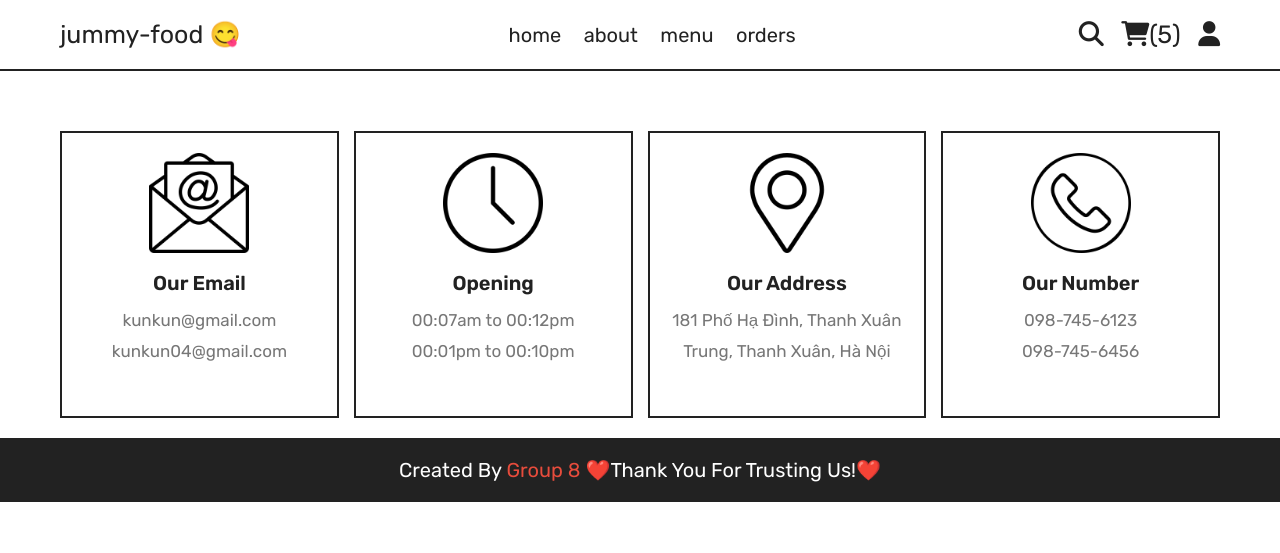
Repository: VuongLinhDinh/jummy_food
Page: home.html
These files come from the project's save history. The page is drawn as it stood at one moment and after the next save; the edit follows.
The browser window is 1280 px wide. The pictures show the whole page.
Some web libraries are served in a nearby version.

Above is the page before, as saved 2023-11-07 16:31:37.

### home.html
<!DOCTYPE html>
<html lang="en">
<head>
    <meta charset="UTF-8">
    <meta name="viewport" content="width=device-width, initial-scale=1.0">
    <title>Home</title>
    <!-- font awesome cdn link -->
    <link rel="stylesheet" href="https://cdnjs.cloudflare.com/ajax/libs/font-awesome/6.1.1/css/all.min.css">
    <!-- custom css -->
    <link rel="stylesheet" href="./css/style.css">
</head>
<body>
    <!-- header section starts  -->
    <header class="header">
        <section class="flex">
            <a href="home.html" class="logo">jummy-food 😋</a>
            <nav class="navbar">
                <a href="home.html">home</a>
                <a href="about.html">about</a>
                <a href="menu.html">menu</a>
                <a href="orders.html">orders</a>
            </nav>
            <div class="icons">
                <a href="search.html"><i class="fas fa-search"></i></a>
                <a href="cart.html"><i class="fas fa-shopping-cart"></i><span>(5)</span></a>
                <div id="user-btn" class="fas fa-user"></div>
                <div id="menu-btn" class="fas fa-bars"></div>
            </div>
            <div class="profile">
                <p class="name">Kun Aquero</p>
                <div class="flex">
                    <a href="profile.html" class="btn">profile</a>
                    <a href="#" class="delete-btn">logout</a>
                </div>
                <p class="account"><a href="login.html">login</a> or <a href="login.html">register</a></p>
            </div>
        </section>
    </header>
    <!-- header section end  -->

    <!-- hero section starts  -->
    <section class="hero">
        <div class="w">
            <div class="slide">
                <div class="content">

                </div>
            </div>
        </div>
    </section>
    <!-- hero section end  -->

    <!-- footer section starts  -->
    <footer class="footer">
        <section class="grid">
            <div class="box">
                <img src="images/email-icon.png" alt="">
                <h3>our email</h3>
                <a href="mailto:kunkun@gmail.com">kunkun@gmail.com</a>
                <a href="mailto:kun04@gmail.com">kunkun04@gmail.com</a>
            </div>

            <div class="box">
                <img src="images/clock-icon.png" alt="">
                <h3>opening</h3>
                <p>
                    00:07am to 00:12pm
                    00:01pm to 00:10pm
                </p>
            </div>

            <div class="box">
                <img src="images/map-icon.png" alt="">
                <h3>our address</h3>
                <a href="https://www.google.com/maps/place/181+P.+H%E1%BA%A1+%C4%90%C3%ACnh,+H%E1%BA%A1+%C4%90%C3%ACnh,+Thanh+Xu%C3%A2n,+H%C3%A0+N%E1%BB%99i,+Vi%E1%BB%87t+Nam/@20.9891313,105.8056888,17z/data=!3m1!4b1!4m5!3m4!1s0x3135ac952468595f:0xd4c0347109838030!8m2!3d20.9891263!4d105.8082691?hl=vi-VN&entry=ttu">181 Phố Hạ Đình, Thanh Xuân Trung, Thanh Xuân, Hà Nội</a>
            </div>

            <div class="box">
                <img src="images/phone-icon.png" alt="">
                <h3>our number</h3>
                <a href="tel:0987456123">098-745-6123</a>
                <a href="tel:0987456456">098-745-6456</a>
            </div>
        </section>
        <div class="credit">created by <span>group 8</span> ❤️Thank you for trusting us!❤️</div>
    </footer>
    <!-- footer section end  -->
    <!-- custom js file -->
    <script src="./js/script.js"></script>
</body>
</html>

### css/style.css
@import url('https://fonts.googleapis.com/css2?family=Nunito:wght@200;300;400;600;700&family=Rubik:wght@300;400;500;600&display=swap');
:root {
    --yellow: #fed330;
    --red: #e74c3c;
    --white: #fff;
    --black: #222;
    --light-color: #777;
    --border: .2rem solid var(--black);
}
*{
    font-family: 'Rubik', sans-serif;
    margin: 0; padding: 0;
    box-sizing: border-box;
    outline: none; border: none;
    text-decoration: none;
}
*::selection {
    background-color: var(--yellow);
    color: var(--white);
}
::-webkit-scrollbar {
    height: 0.5rem;
    width: 1rem;
}
::-webkit-scrollbar-track {
    background-color: transparent;
}
::-webkit-scrollbar-thumb {
    background-color: var(--yellow);
}
html {
    font-size:  62.5%;
    overflow-x: hidden;
    scroll-behavior: smooth;
    stop-opacity: 7rem;
}
section {
    margin: 0 auto;
    max-width: 1200px;
    padding: 2rem;
}
.btn, .delete-btn {
    margin-top: 1rem;
    display: inline-block;
    font-size: 2rem;
    padding: 1rem 3rem;
    opacity: .6;
    cursor: pointer;
}
.btn:hover, .delete-btn:hover {
    /* letter-spacing: .2rem; */
    transition:  .2s linear;
    opacity: 1;
}
.btn {
    background-color: var(--yellow);
    color: var(--black);
}
.delete-btn {
    background-color: var(--red);
    color: var(--white);
}
.header {
    position: sticky;
    top: 0; left: 0; right: 0;
    z-index: 1000;
    background-color: var(--white);
    border-bottom: var(--border);
}
.header .flex {
    display: flex;
    align-items: center;
    justify-content: space-between;
    position: relative;
}
.header .flex .logo {
    font-size: 2.5rem;
    color: var(--black);
}
.header .flex .navbar a {
    font-size: 2rem;
    color: var(--black);
    margin: 0 1rem;

}
.header .flex .navbar a:hover {
    color: var(--yellow);
    text-decoration: underline;
}
.header .flex .icons > * {
    margin-left: 1.5rem;
    font-size: 2.5rem;
    color: var(--black);
    cursor: pointer;
}
.header .flex .icons > *:hover {
    color: var(--yellow);
}
#menu-btn {
    display: none;
}
.header .flex .profile {
    background-color: var(--white);
    border: var(--border);
    padding: 1.5rem;
    text-align: center;
    position: absolute;
    top: 125%; right: 2rem;
    width: 30rem;
    display: none;
    animation: fadeIn .2s linear;
}
.header .flex .profile.active {
    display: block;
}
@keyframes fadeIn {
    0% {
        transform: translateY(1rem);
    }
}
.header .flex .profile .name {
    font-size: 2rem;
    color: var(--black);
    margin-bottom: 1rem;
}
.header .flex .profile .account {
    margin-top: 1rem;
    font-size: 2rem;
    color: var(--light-color);
}
.header .flex .profile .account a {
    color: var(--black);
}
.header .flex .profile .account a:hover {
    color: var(--yellow);
    text-decoration: underline;
}












































.footer .grid {
    display: grid;
    grid-template-columns: repeat(auto-fit, minmax(27rem, 1fr));
    gap: 1.5rem;
    align-items: flex-start;
}
.footer .grid .box {
    border: var(--border);
    padding: 2rem;
    padding-bottom: 5rem;
    text-align: center;
}
.footer .grid .box img {
    height: 10rem;
    width: 100%;
    object-fit: contain;
    margin-bottom: .5rem;
}
.footer .grid .box h3 {
    margin: 1rem 0;
    font-size: 2rem;
    color: var(--black);
    text-transform: capitalize;
}
.footer .grid .box p,
.footer .grid .box a {
    display: block;
    font-size: 1.7rem;
    color: var(--light-color);
    line-height: 1.8;
}
.footer .grid .box a:hover {
    text-decoration: underline;
}
.credit {
    padding: 2rem;
    text-align: center;
    background-color: var(--black);
    color: var(--white);
    font-size: 2rem;
    text-transform: capitalize;
}
.credit span {
    color: var(--red);

}

/* media query  */
@media (max-width: 991px) {
    html {
        font-size: 55%;
    }
}
@media (max-width: 768px) {
    #menu-btn {
        display: inline-block;
    }
    .header .flex .navbar {
        position: absolute;
        top: 99%; left: 0; right: 0;
        border-top: var(--border);
        border-bottom: var(--border);
        background-color: var(--white);
        transition:  .2s linear;
        clip-path: polygon(0 0, 100% 0, 100% 0, 0 0);
    }
    .header .flex .navbar a {
        display: block;
        margin: 2rem;
    }
    .header .flex .navbar.active {
        clip-path: polygon(0 0, 100% 0, 100% 100%, 0 100%);
    }
}
@media (max-width: 450px) {
    html {
        font-size: 50%;
    }
    .header .flex .logo {
        font-size: 2rem;

    }
}

### js/script.js
navbar = document.querySelector('.header .flex .navbar');
document.querySelector('#menu-btn').onclick = () => {
    navbar.classList.toggle('active');
    profile.classList.remove('active');
}
profile = document.querySelector('.header .flex .profile');
document.querySelector('#user-btn').onclick = () => {
    profile.classList.toggle('active');
    navbar.classList.remove('active');
}
window.onscroll = () => {
    navbar.classList.remove('active');
    profile.classList.remove('active');
}

After the next save:
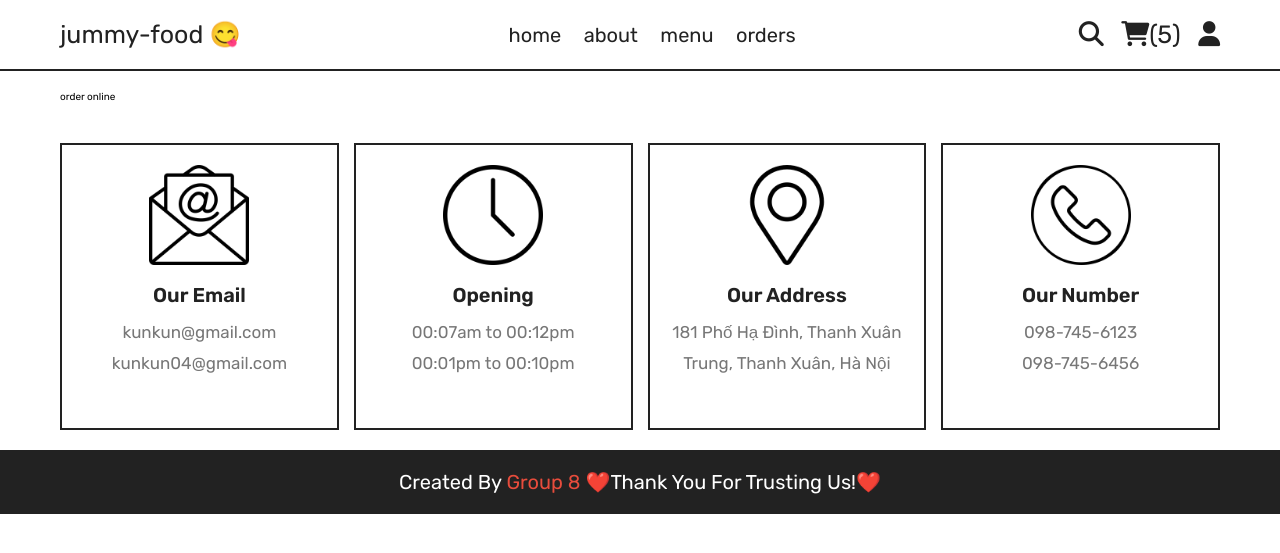
Saved 19 s later.
--- a/home.html
+++ b/home.html
@@ -43,7 +43,7 @@
         <div class="w">
             <div class="slide">
                 <div class="content">
-
+                    <span>order online</span>
                 </div>
             </div>
         </div>
